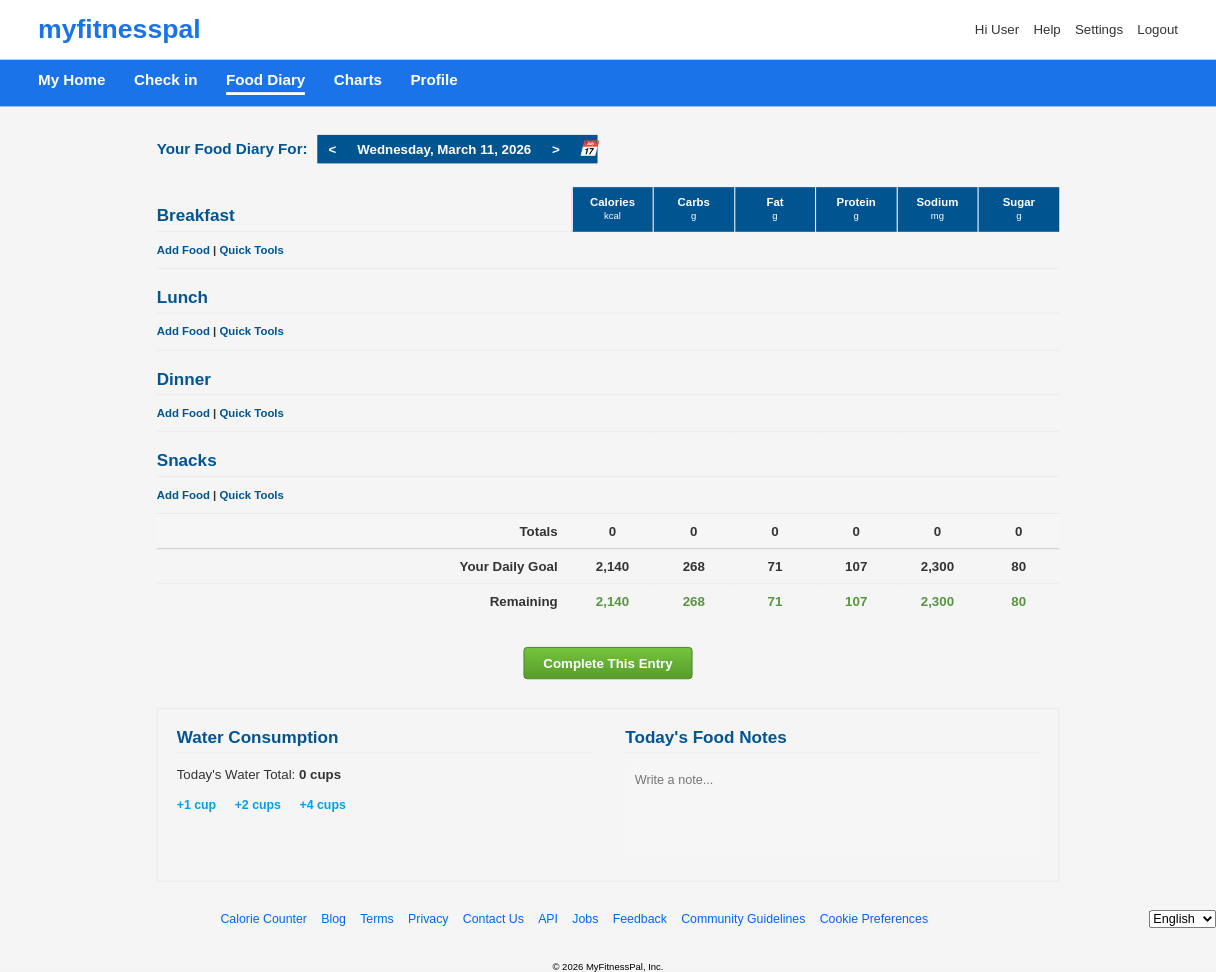
Repository: kem85/Web-Project
Page: Food-Diary.html
An editor plug-in stored every save of this project. The page is shown before and after the next save, followed by the edit.
The browser window is 1280 px wide. The pictures show the whole page, at 95% of full size.

Above is the page before, as saved 2026-03-11 15:07:58.

After the next save:
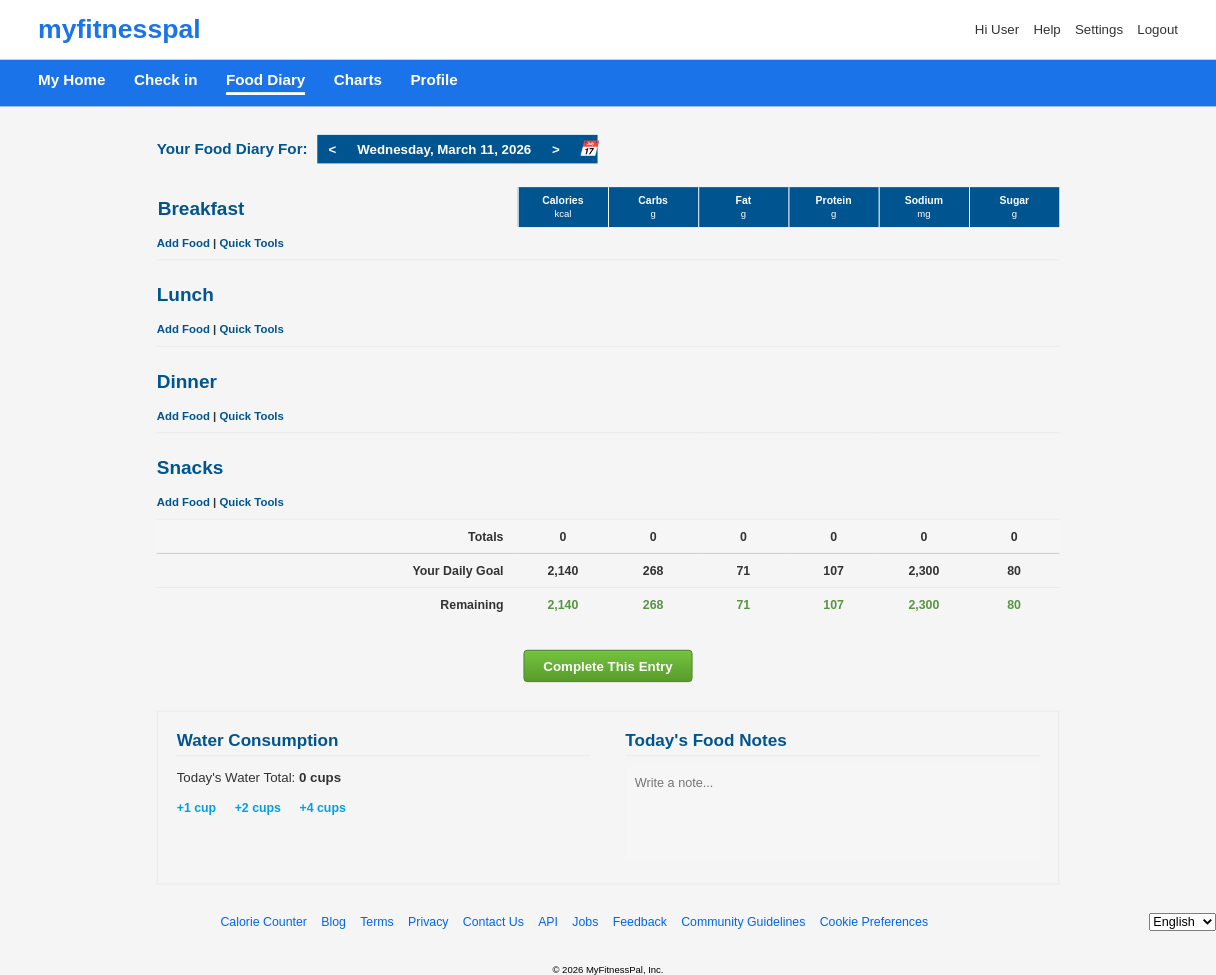
Saved 2 min 37 s later.
--- a/style.css
+++ b/style.css
@@ -178,12 +178,42 @@
 }
 
 /* =========================================
-   MAIN FOOD TABLE (.dashboard)
+   MAIN FOOD TABLE (.dashboard) - FIXED LAYOUT
    ========================================= */
 .dashboard {
+  display: table !important; /* Forces table layout */
   width: 100%;
   border-collapse: collapse;
   margin-bottom: 20px;
+}
+
+/* Force standard table behavior */
+.dashboard thead { display: table-header-group !important; }
+.dashboard tbody { display: table-row-group !important; }
+.dashboard tfoot { display: table-footer-group !important; }
+.dashboard tr { display: table-row !important; }
+.dashboard th, .dashboard td { display: table-cell !important; }
+
+/* Enforce precise column widths */
+.dashboard th:first-child,
+.dashboard td:first-child {
+  width: 40%;
+  text-align: left;
+}
+
+.dashboard th:not(:first-child),
+.dashboard td:not(:first-child) {
+  width: 10%;
+  text-align: center;
+}
+
+/* Breakfast Header */
+.dashboard thead th.meal-col {
+  color: #00548f;
+  font-size: 20px;
+  font-weight: bold;
+  vertical-align: bottom;
+  padding-bottom: 8px;
 }
 
 /* Blue Macro Headers (Calories, Carbs, Fat, etc.) */
@@ -191,30 +221,32 @@
   background-color: #00548f;
   color: white;
   text-align: center;
-  font-size: 12px;
-  font-weight: bold;
-  padding: 8px 5px;
-  width: 9%;
-  border-left: 1px solid #fff; /* White line between blue blocks */
+  font-size: 11px;
+  font-weight: bold;
+  padding: 8px 0;
+  border-left: 1px solid #fff;
+  vertical-align: middle;
+  line-height: 1.2;
 }
 
 .dashboard thead th small {
   font-weight: normal;
-}
-
-/* Meal Names (Breakfast, Lunch, Dinner, Snacks) */
-.meal-col, .section-header td {
+  font-size: 10px;
+}
+
+/* Lunch, Dinner, Snacks Headers */
+.section-header td {
   color: #00548f;
-  font-size: 18px;
-  font-weight: bold;
+  font-size: 20px;
+  font-weight: bold;
+  padding: 25px 0 8px 0;
+  border-bottom: none;
   text-align: left;
-  padding: 20px 0 5px 0;
-  border-bottom: 1px solid #eaeaea;
 }
 
 /* Action Rows (Add Food | Quick Tools) */
 .action-row td {
-  padding: 12px 0;
+  padding: 10px 0;
   border-bottom: 1px solid #eaeaea;
 }
 
@@ -227,6 +259,7 @@
 .action-row a {
   color: #00548f;
   text-decoration: none;
+  font-weight: bold;
 }
 
 .action-row a:hover {
@@ -239,7 +272,7 @@
 .dashboard tfoot td {
   text-align: center;
   padding: 10px 5px;
-  font-size: 14px;
+  font-size: 13px;
   font-weight: bold;
 }
 
@@ -260,17 +293,16 @@
 }
 
 .remaining-row td {
-  color: #589442; /* MyFitnessPal Green */
+  color: #589442;
 }
 
 .remaining-row .label {
-  color: #333; /* Keep the word "Remaining" dark */
+  color: #333;
 }
 
 .positive {
   color: #589442;
 }
-
 /* =========================================
    BUTTONS
    ========================================= */
